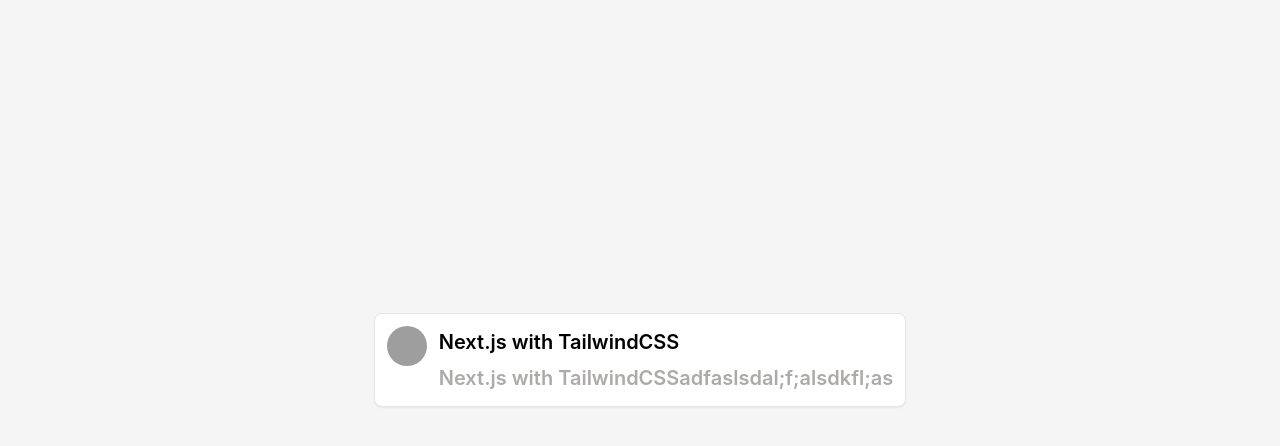
Repository: vignesh33654/resizablesidebar
Page: /
An editor plug-in stored every save of this project. The page is shown before and after the next save, followed by the edit.
The browser window is 1280 px wide. The pictures show the whole page.
The project was rebuilt for these pictures with package versions that can differ from the ones it lists, and the page was loaded fresh each time.

Above is the page before, as saved 2025-11-11 10:32:00.

After the next save:
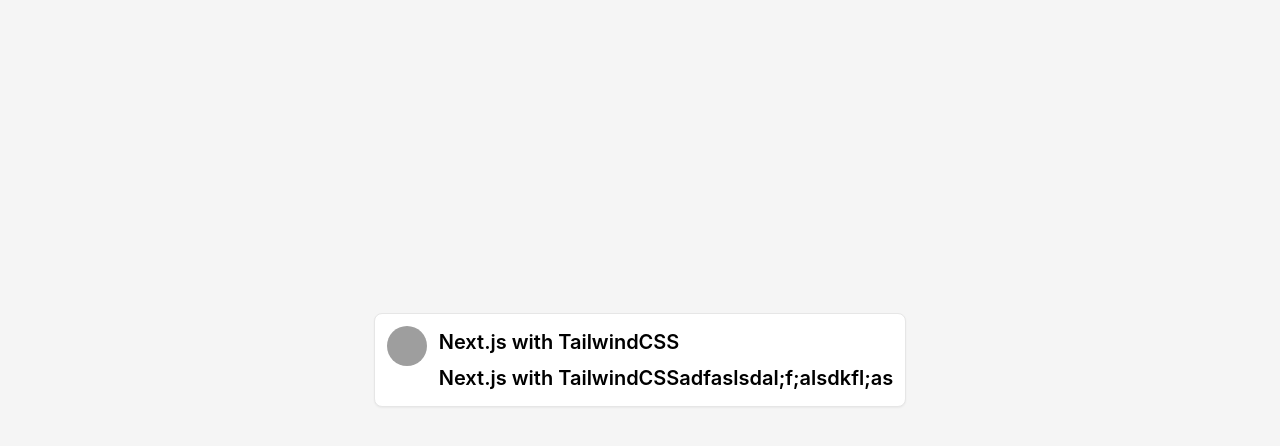
Saved 6 s later.
--- a/src/App.tsx
+++ b/src/App.tsx
@@ -19,7 +19,7 @@
             Next.js with TailwindCSS
           </h3>
           <div>
-            <h3 className="text-text-Tertiary">
+            <h3>
               Next.js with TailwindCSSadfaslsdal;f;alsdkfl;as
             </h3>
           </div>
